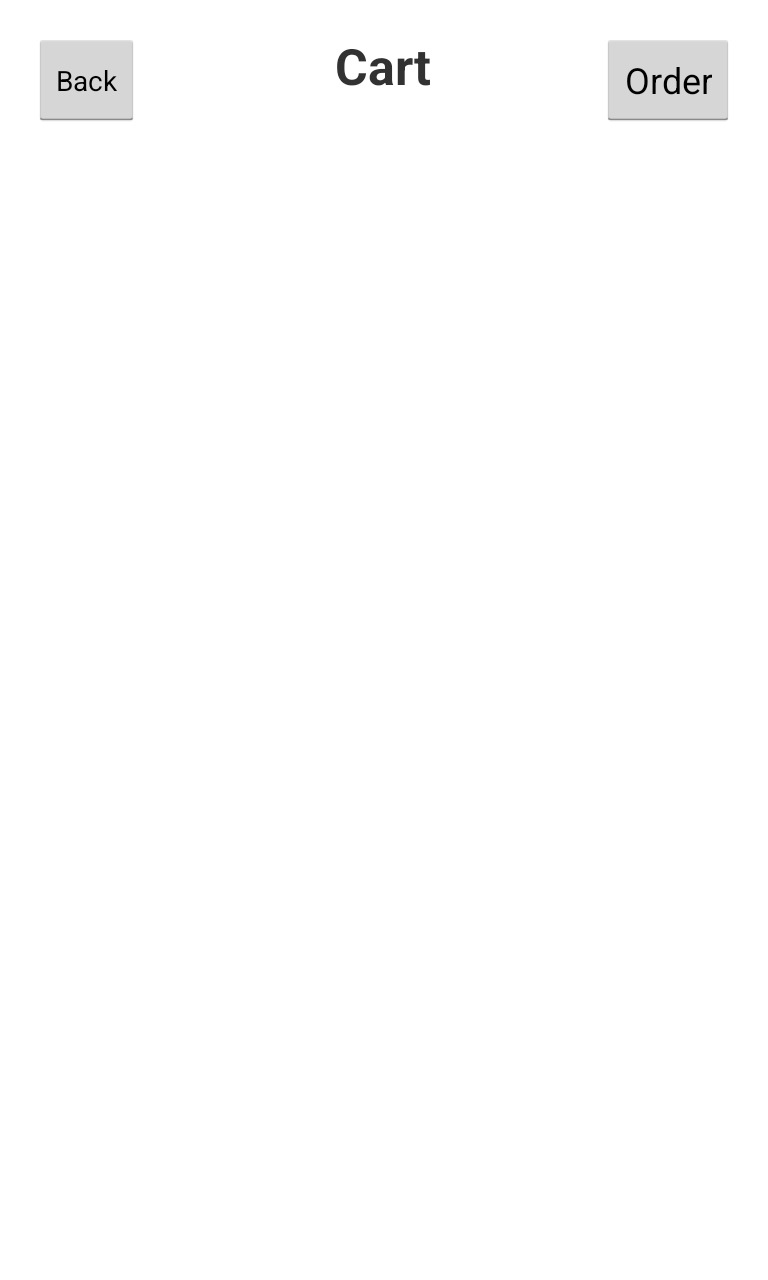
Repository: PotatoBiscuit/Thirstbuster
Layout: MobApp/workspace/DrinkAndGo/res/layout/activity_cart.xml
The author's editor kept a copy of each file at every save. The layout is drawn from the files as they stood at one save, then again after the next save.
It is drawn on a 768 x 1280 px phone screen (xhdpi) without system bars, with theme AppTheme; the app's code is not run. The app's manifest (not shown) leaves right-to-left support off. So textAlignment, textDirection and layoutDirection are ignored, and left and right values win over start and end ones.

Above is the layout before, as saved 2016-04-17 23:59:54.

### MobApp/workspace/DrinkAndGo/res/layout/activity_cart.xml
<RelativeLayout xmlns:android="http://schemas.android.com/apk/res/android"
    xmlns:tools="http://schemas.android.com/tools"
    android:layout_width="fill_parent"
    android:layout_height="fill_parent"
    android:gravity="center_horizontal"
    android:orientation="vertical"
    android:paddingBottom="@dimen/activity_vertical_margin"
    android:paddingLeft="@dimen/activity_horizontal_margin"
    android:paddingRight="@dimen/activity_horizontal_margin"
    android:paddingTop="@dimen/activity_vertical_margin"
    tools:context="com.CS477.drinkandgo.activities.CartActivity" >

    <TextView
        android:id="@+id/cart"
        android:layout_width="wrap_content"
        android:layout_height="wrap_content"
        android:layout_alignParentTop="true"
        android:layout_centerHorizontal="true"
        android:text="@string/cart"
        android:textSize="@dimen/title_size2"
        android:textStyle="bold" />

    <Button
        android:id="@+id/backButton"
        style="?android:attr/buttonStyleSmall"
        android:layout_width="wrap_content"
        android:layout_height="wrap_content"
        android:layout_alignParentLeft="true"
        android:layout_alignParentStart="true"
        android:onClick="goBack"
        android:text="@string/back" />

    <Button
        android:id="@+id/order"
        android:layout_width="wrap_content"
        android:layout_height="wrap_content"
        android:layout_alignParentEnd="true"
        android:layout_alignParentRight="true"
        android:text="@string/order"
        android:onClick="orderDrinks" />

    <LinearLayout
        android:layout_width="match_parent"
        android:layout_height="wrap_content"
        android:layout_below="@id/cart"
        android:layout_marginTop="@dimen/title_margin"
        android:gravity="center_horizontal"
        android:orientation="vertical" >

        <TextView
            android:id="@+id/total"
            android:layout_width="wrap_content"
            android:layout_height="wrap_content"
            android:ems="10"
            android:textStyle="bold" />

        <ScrollView
            android:layout_width="fill_parent"
            android:layout_height="wrap_content" >

            <LinearLayout
                android:id="@+id/cartList"
                android:layout_width="match_parent"
                android:layout_height="wrap_content"
                android:layout_gravity="center_horizontal"
                android:gravity="center_horizontal"
                android:orientation="vertical" >

            </LinearLayout>
        </ScrollView>

    </LinearLayout>

</RelativeLayout>

### MobApp/workspace/DrinkAndGo/res/values/dimens.xml
<resources>

    <!-- Default screen margins, per the Android Design guidelines. -->
    <dimen name="activity_horizontal_margin">16dp</dimen>
    <dimen name="activity_vertical_margin">16dp</dimen>
    <dimen name="title_size">72px</dimen>
    <dimen name="button_margin">10dp</dimen>
    <dimen name="title_margin">50dp</dimen>
    <dimen name="title_size2">25dp</dimen>

</resources>

### MobApp/workspace/DrinkAndGo/res/values/strings.xml
<?xml version="1.0" encoding="utf-8"?>
<resources>

    <string name="app_name">DrinkAndGo</string>
    <string name="sign_in">Sign In</string>
    <string name="sign_up">Sign Up</string>
    <string name="title_activity_sign_in">SignInActivity</string>
    <string name="hello_world">Hello world!</string>
    <string name="action_settings">Settings</string>
    <string name="title_activity_sign_up">SignUpActivity</string>
    <string name="username">Username</string>
    <string name="password">Password</string>
    <string name="submit">Submit</string>
    <string name="title_activity_venue_search">VenueSearchActivity</string>
    <string name="name">Name</string>
    <string name="confirm_password">Re-enter Password</string>
    <string name="card_number">Credit Card Number</string>
    <string name="password_error">Passwords do not match!</string>
    <string name="input_error">All fields must be filled!</string>
    <string name="username_error">Username or password is incorrect!</string>
    <string name="username_not_unique">Username is already taken!</string>
    <string name="search_venue">Search Venue</string>
    <string name="search">Search</string>
    <string name="select">Select</string>
    <string name="title_activity_menu">MenuActivity</string>
    <string name="back">Back</string>
    <string name="cart">Cart</string>
    <string name="title_activity_cart">CartActivity</string>
    <string name="order">Order</string>

</resources>

Loaded but not shown: MobApp/workspace/DrinkAndGo/res/values/styles.xml (common file); MobApp/workspace/DrinkAndGo/res/values-v11/styles.xml (common file); MobApp/workspace/DrinkAndGo/res/values-v14/styles.xml (common file); MobApp/workspace/DrinkAndGo/res/values-w820dp/dimens.xml (common file)

After the next save:
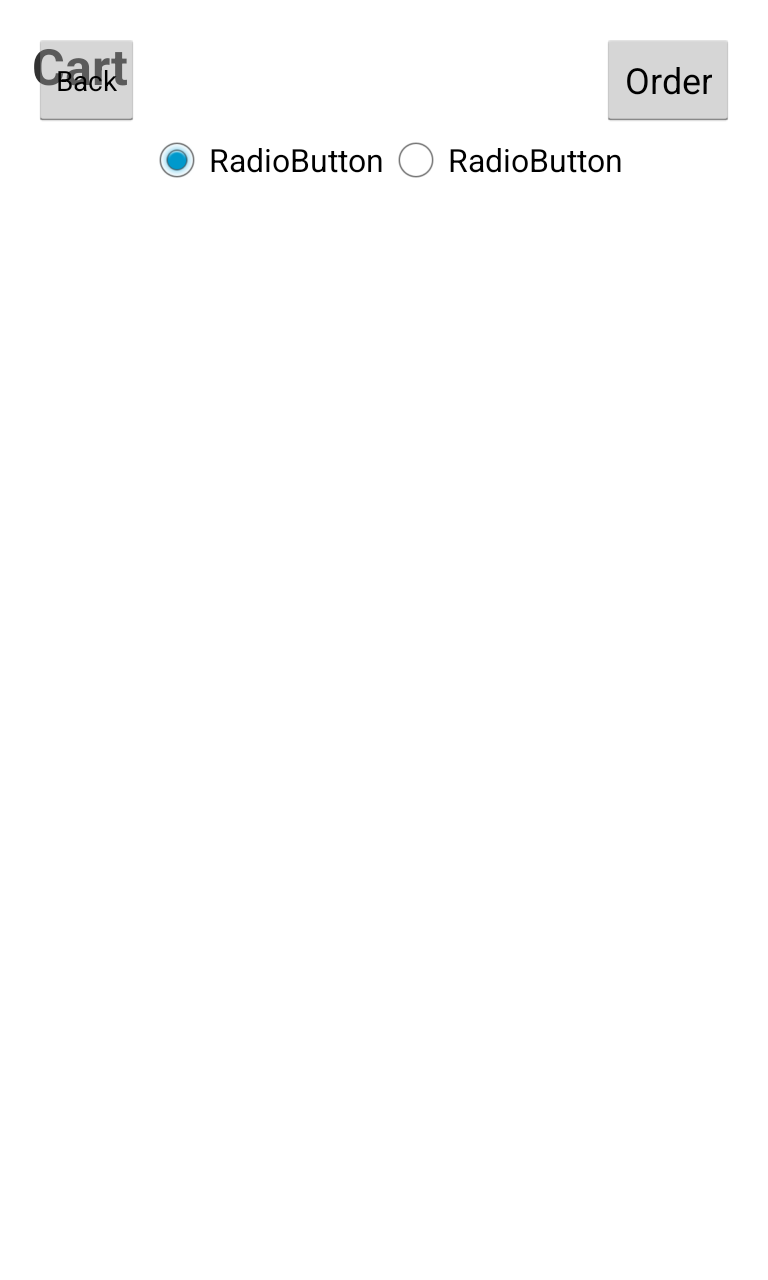
Saved 4 min 41 s later.
--- a/MobApp/workspace/DrinkAndGo/res/layout/activity_cart.xml
+++ b/MobApp/workspace/DrinkAndGo/res/layout/activity_cart.xml
@@ -1,4 +1,4 @@
-<RelativeLayout xmlns:android="http://schemas.android.com/apk/res/android"
+<LinearLayout xmlns:android="http://schemas.android.com/apk/res/android"
     xmlns:tools="http://schemas.android.com/tools"
     android:layout_width="fill_parent"
     android:layout_height="fill_parent"
@@ -10,39 +10,62 @@
     android:paddingTop="@dimen/activity_vertical_margin"
     tools:context="com.CS477.drinkandgo.activities.CartActivity" >
 
-    <TextView
-        android:id="@+id/cart"
+    <RelativeLayout
+        android:layout_width="wrap_content"
+        android:layout_height="wrap_content" >
+
+        <TextView
+            android:id="@+id/cart"
+            android:layout_width="wrap_content"
+            android:layout_height="wrap_content"
+            android:text="@string/cart"
+            android:textSize="@dimen/title_size2"
+            android:textStyle="bold" />
+
+        <Button
+            android:id="@+id/backButton"
+            style="?android:attr/buttonStyleSmall"
+            android:layout_width="wrap_content"
+            android:layout_height="wrap_content"
+            android:layout_alignParentStart="true"
+            android:onClick="goBack"
+            android:text="@string/back" />
+
+        <Button
+            android:id="@+id/order"
+            android:layout_width="wrap_content"
+            android:layout_height="wrap_content"
+            android:layout_alignParentEnd="true"
+            android:onClick="orderDrinks"
+            android:text="@string/order" />
+
+    </RelativeLayout>
+
+    <RadioGroup
+        android:id="@+id/service_type"
         android:layout_width="wrap_content"
         android:layout_height="wrap_content"
-        android:layout_alignParentTop="true"
         android:layout_centerHorizontal="true"
-        android:text="@string/cart"
-        android:textSize="@dimen/title_size2"
-        android:textStyle="bold" />
+        android:orientation="horizontal" >
 
-    <Button
-        android:id="@+id/backButton"
-        style="?android:attr/buttonStyleSmall"
-        android:layout_width="wrap_content"
-        android:layout_height="wrap_content"
-        android:layout_alignParentLeft="true"
-        android:layout_alignParentStart="true"
-        android:onClick="goBack"
-        android:text="@string/back" />
+        <RadioButton
+            android:id="@+id/table_service_view"
+            android:layout_width="wrap_content"
+            android:layout_height="wrap_content"
+            android:checked="true"
+            android:text="RadioButton" />
 
-    <Button
-        android:id="@+id/order"
-        android:layout_width="wrap_content"
-        android:layout_height="wrap_content"
-        android:layout_alignParentEnd="true"
-        android:layout_alignParentRight="true"
-        android:text="@string/order"
-        android:onClick="orderDrinks" />
+        <RadioButton
+            android:id="@+id/self_service_view"
+            android:layout_width="wrap_content"
+            android:layout_height="wrap_content"
+            android:text="RadioButton" />
+    </RadioGroup>
 
     <LinearLayout
+        android:id="@+id/cart_items"
         android:layout_width="match_parent"
         android:layout_height="wrap_content"
-        android:layout_below="@id/cart"
         android:layout_marginTop="@dimen/title_margin"
         android:gravity="center_horizontal"
         android:orientation="vertical" >
@@ -65,10 +88,8 @@
                 android:layout_gravity="center_horizontal"
                 android:gravity="center_horizontal"
                 android:orientation="vertical" >
-
             </LinearLayout>
         </ScrollView>
-
     </LinearLayout>
 
-</RelativeLayout>
+</LinearLayout>
